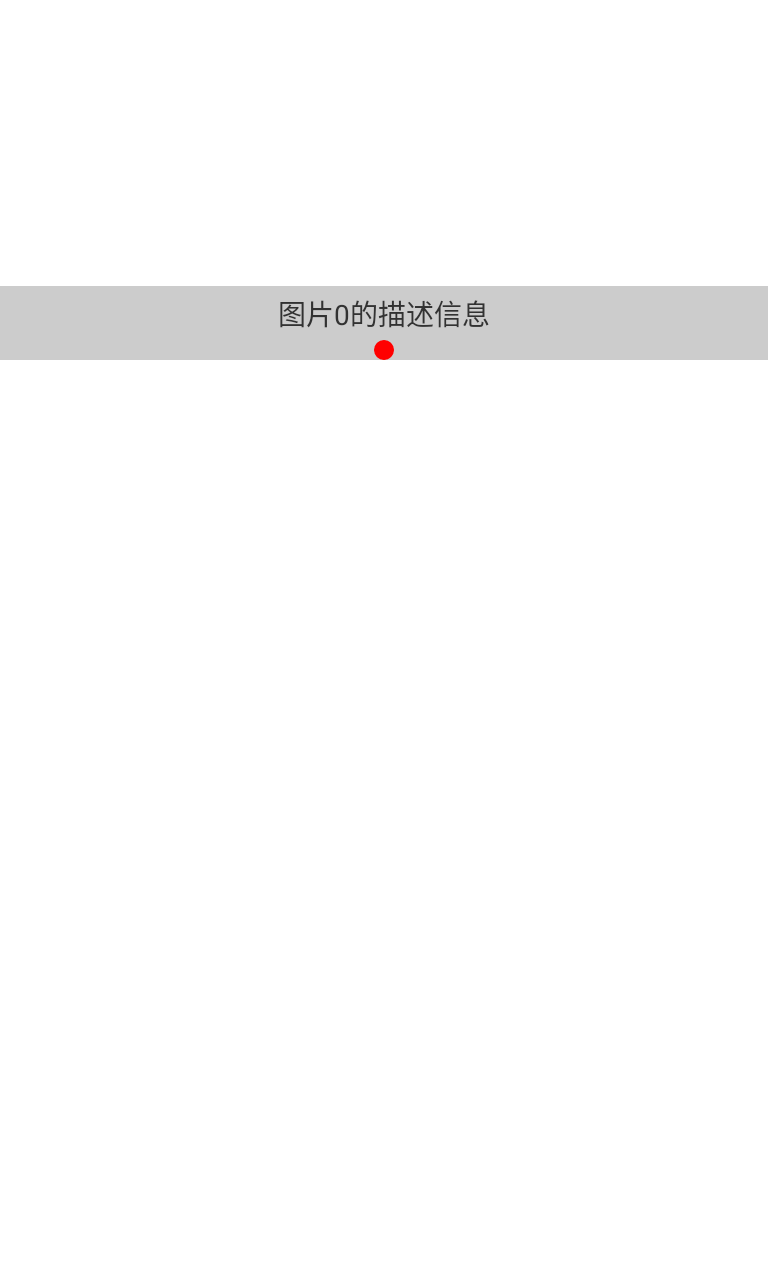
Repository: ASmouse/View
Layout: 01_ViewPager14/res/layout/activity_main.xml
The author's editor kept a copy of each file at every save. The layout is drawn from the files as they stood at one save, then again after the next save.
It is drawn on a 768 x 1280 px phone screen (xhdpi) without system bars, with theme AppTheme; the app's code is not run. Lists and similar views that code fills are empty.

Above is the layout before, as saved 2015-10-24 01:53:47.

After the next save:
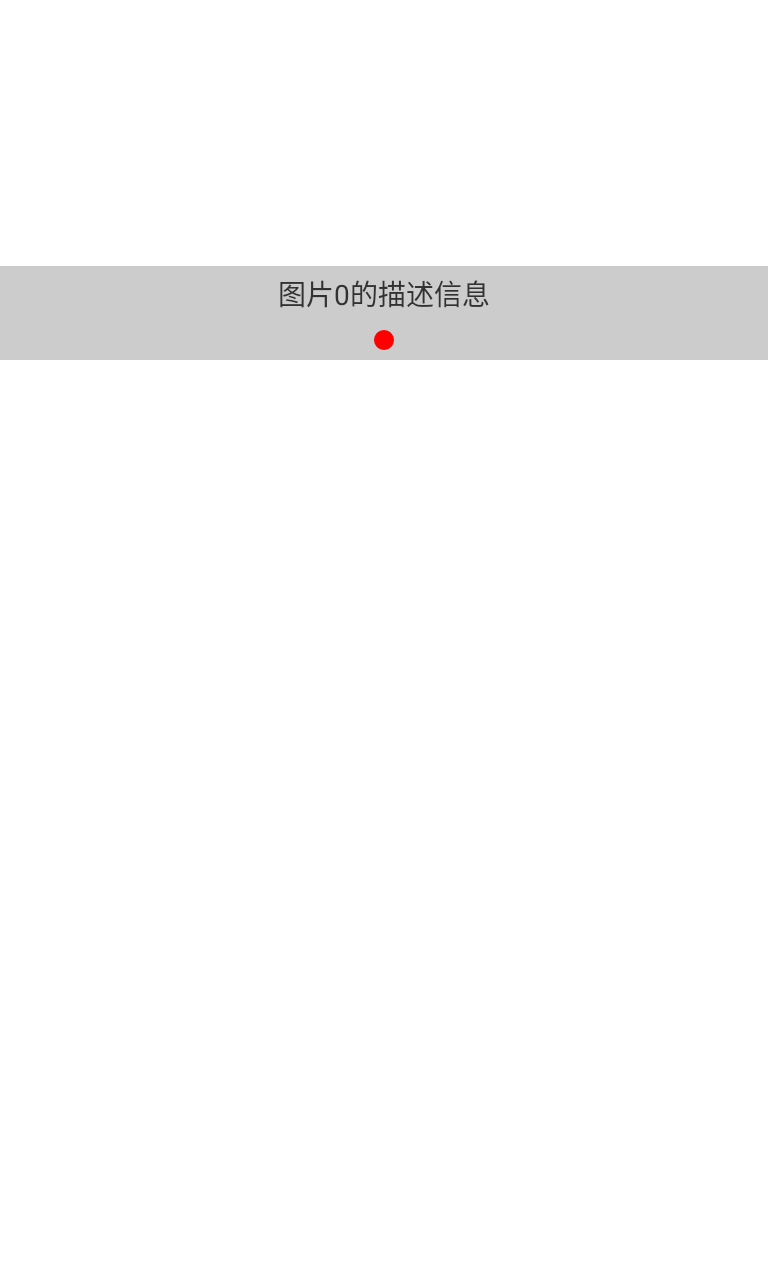
Saved 35 s later.
--- a/01_ViewPager14/res/layout/activity_main.xml
+++ b/01_ViewPager14/res/layout/activity_main.xml
@@ -36,6 +36,7 @@
             <!-- 点的容器 -->
 
             <LinearLayout
+                android:layout_margin="5dip"
                 android:layout_width="wrap_content"
                 android:layout_height="wrap_content"
                 android:orientation="horizontal" >
